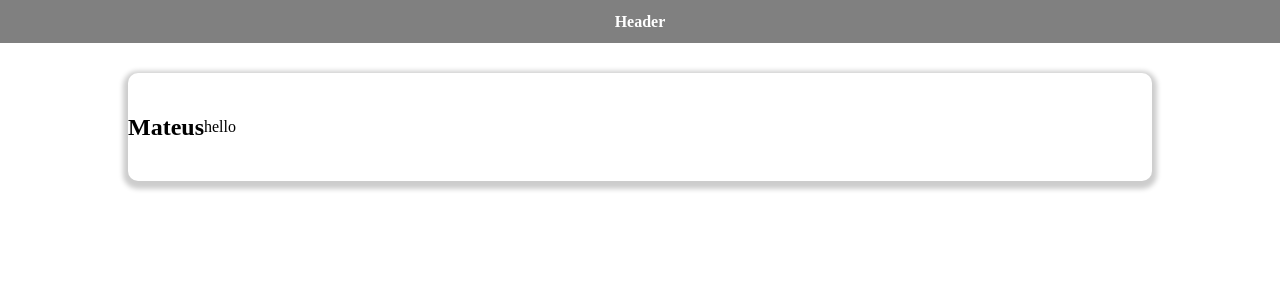
Repository: mateus-henrique-silva/react-system
Page: /
These files come from the project's save history. The page is drawn as it stood at one moment and after a run of saves; the edit follows.
The browser window is 1280 px wide. The pictures show the whole page.
The project was rebuilt for these pictures with package versions that can differ from the ones it lists, and the page was loaded fresh each time. Also part of the build but not shown: src/Components/Text/Text.jsx.

Above is the page before, as saved 2022-09-23 15:48:03.

### src/App.js
import Header from './Components/Header/Header'
import Box from './Components/Box/Box'
import './global.css'

function App() {
  return (
    <div className="App">
      <Header/>
      <Box name="Mateus" text="hello"/>
    </div>
  );
}

export default App;

### src/Components/Header/Header.jsx
import React from 'react'
import './Styles.css'

const Header = () => {
  return (
    <div className="header">Header</div>
  )
}

export default Header

### src/Components/Box/Box.jsx
import React from "react";
import Text from "../Text/Text";
import "./Styles.css";
const Box = (props) => {
  return (
    <div className="box-prime">
      <div className="box">
        <h2>{props.name}</h2>
        <div>
          <p>{props.text}</p>

        </div>
      </div>
    </div>
  );
};

export default Box;

### src/global.css
*{
    margin:0;
    border:0;
}

.App{


}

### src/Components/Header/Styles.css
.header{
    justify-content: center;
   display: flex;
   background-color:#808080;
   height:6vh;
   align-items: center;
   color: white;
   font-weight: bold;
}

### src/Components/Box/Styles.css
.box {
  width: 80vw;
  height: 15vh;
display: flex;
align-items: center;
  border-radius: 10px;
  -webkit-box-shadow: 0px 1px 5x 5px rgba(0, 0, 0, 0.2);
  box-shadow: 0px 3px 5px 5px rgba(0, 0, 0, 0.2);
}

.box-prime {
  display: flex;
  justify-content: center;
  margin: 30px;
}

Loaded but not shown: public/index.html (common file); src/index.js (common file); src/reportWebVitals.js (common file)

After the next 4 saves:
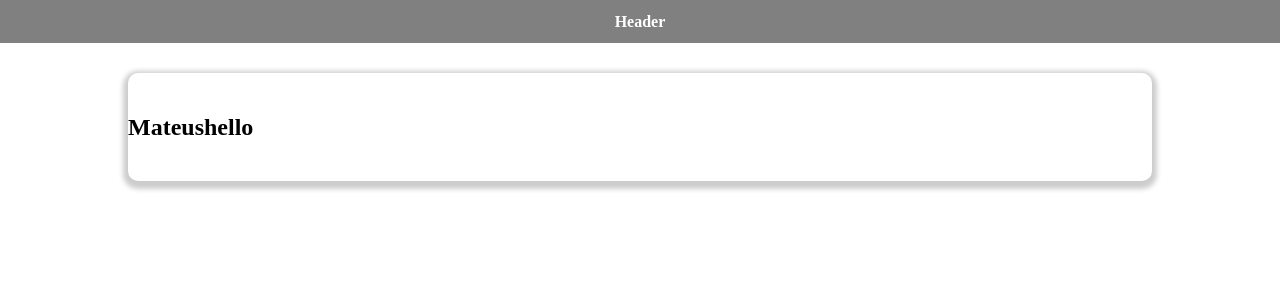
The 4 saves are shown as one change because 1 did not build or start and some came seconds apart.
The last was saved 27 s later.
--- a/src/Components/Box/Box.jsx
+++ b/src/Components/Box/Box.jsx
@@ -7,7 +7,7 @@ const Box = (props) => {
       <div className="box">
         <h2>{props.name}</h2>
         <div>
-          <p>{props.text}</p>
+          <h2>{props.text}</h2>
 
         </div>
       </div>
